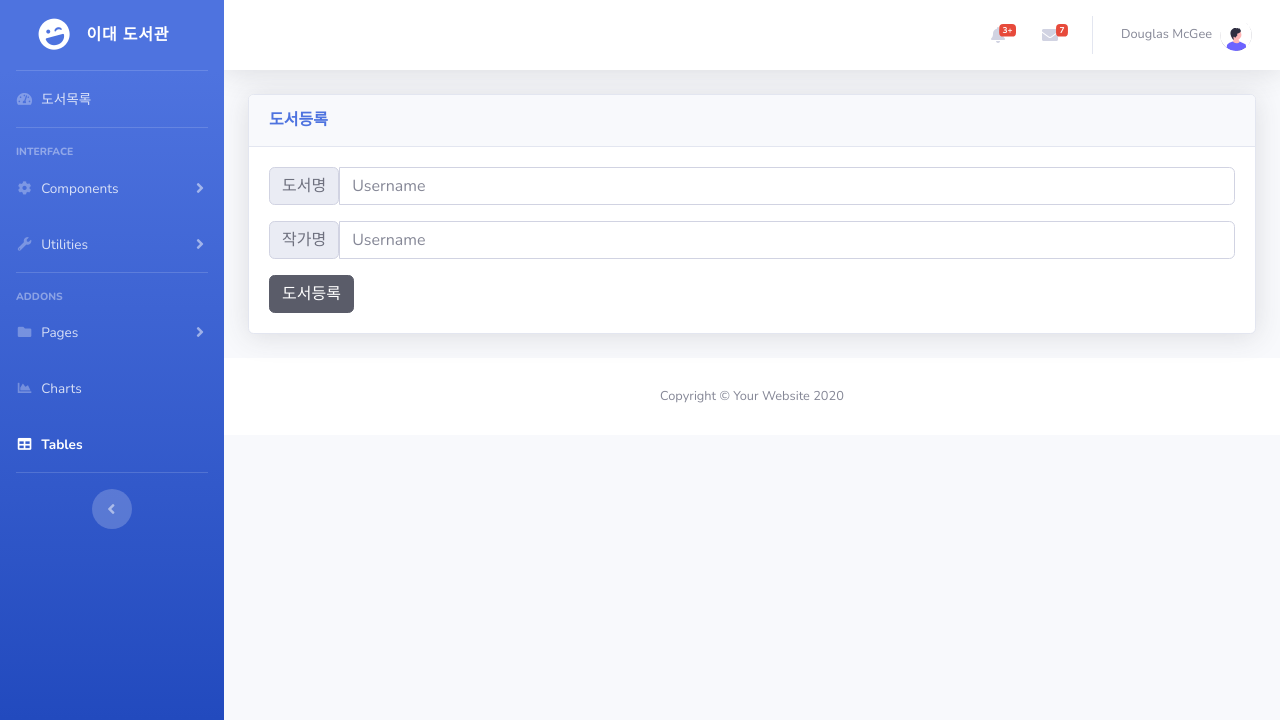
Repository: allely/spring
Page: http://localhost/jsp/book/reg.jsp
The author's editor kept a copy of each file at every save. The page is drawn from the files as they stood at one save, then again after the next save.
The browser window is 1280 px wide. The pictures show the whole page.
The page is served by Tomcat 9.

Above is the page before, as saved 2023-11-27 01:49:10.

After the next save:
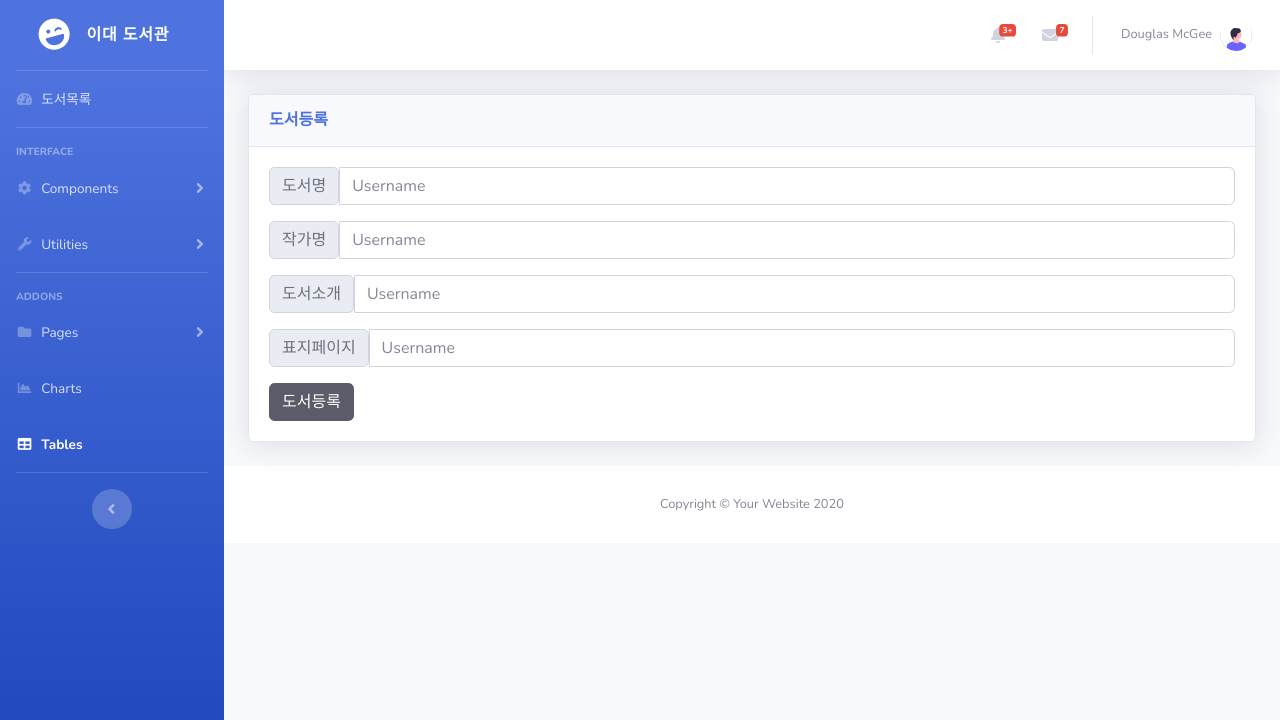
Saved 70 s later.
--- a/2. 서블릿 & JSP/jsp/jsp/src/main/webapp/book/reg.jsp
+++ b/2. 서블릿 & JSP/jsp/jsp/src/main/webapp/book/reg.jsp
@@ -34,9 +34,20 @@
 						<span class="input-group-text" id="basic-addon1">도서명</span>
 						<input type="text" class="form-control" placeholder="Username" name="title" aria-label="Username" aria-describedby="basic-addon1">
 					</div>
+
 					<div class="input-group mb-3">
 						<span class="input-group-text" id="basic-addon1">작가명</span>
 						<input type="text" class="form-control" placeholder="Username" name="author" aria-label="Username" aria-describedby="basic-addon1">
+					</div>
+
+					<div class="input-group mb-3">
+						<span class="input-group-text" id="basic-addon1">도서소개</span>
+						<input type="text" class="form-control" placeholder="Username" name="content" aria-label="Username" aria-describedby="basic-addon1">
+					</div>
+
+					<div class="input-group mb-3">
+						<span class="input-group-text" id="basic-addon1">표지페이지</span>
+						<input type="text" class="form-control" placeholder="Username" name="content" aria-label="Username" aria-describedby="basic-addon1">
 					</div>
 
 					<button type="button" class="btn btn-dark" id="regBtn">도서등록</button>
